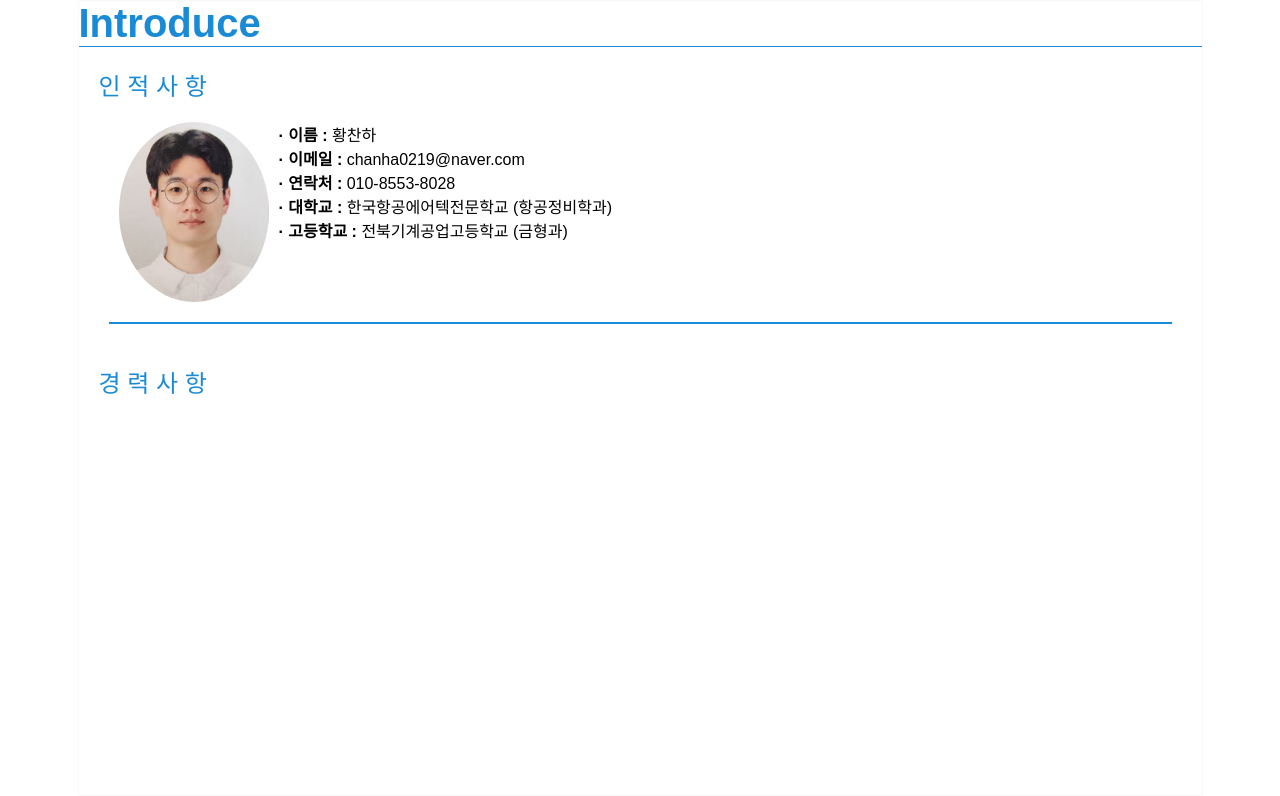
Repository: DooBae-KR/MySelf
Page: /
An editor plug-in stored every save of this project. The page is shown before and after the next save, followed by the edit.
The browser window is 1280 px wide. The pictures show the whole page.
The project was rebuilt for these pictures with package versions that can differ from the ones it lists, and the page was loaded fresh each time. Also part of the build but not shown: src/pages/MainPage.js, src/pages/header/HeaderLogo.js, src/pages/header/TabMenu.js, src/pages/HeaderPage.js.

Above is the page before, as saved 2025-07-23 21:29:41.

After the next save:
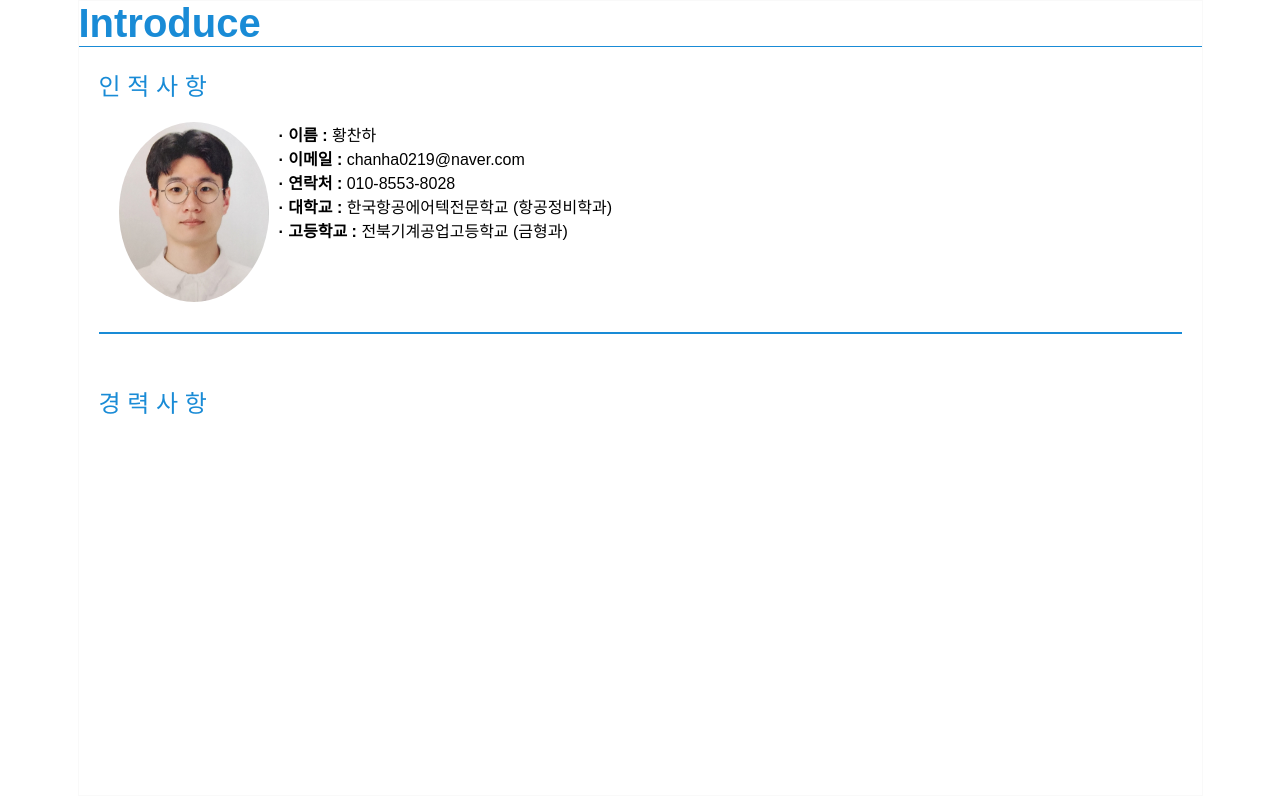
Saved 4 s later.
--- a/src/styles/header.css
+++ b/src/styles/header.css
@@ -75,7 +75,7 @@
         font-weight: bold;
     }
     .line {
-        margin: 20px 30px;
+        margin: 30px 20px;
         border: 0.5px solid rgb(25, 139, 214);;
     }
 
